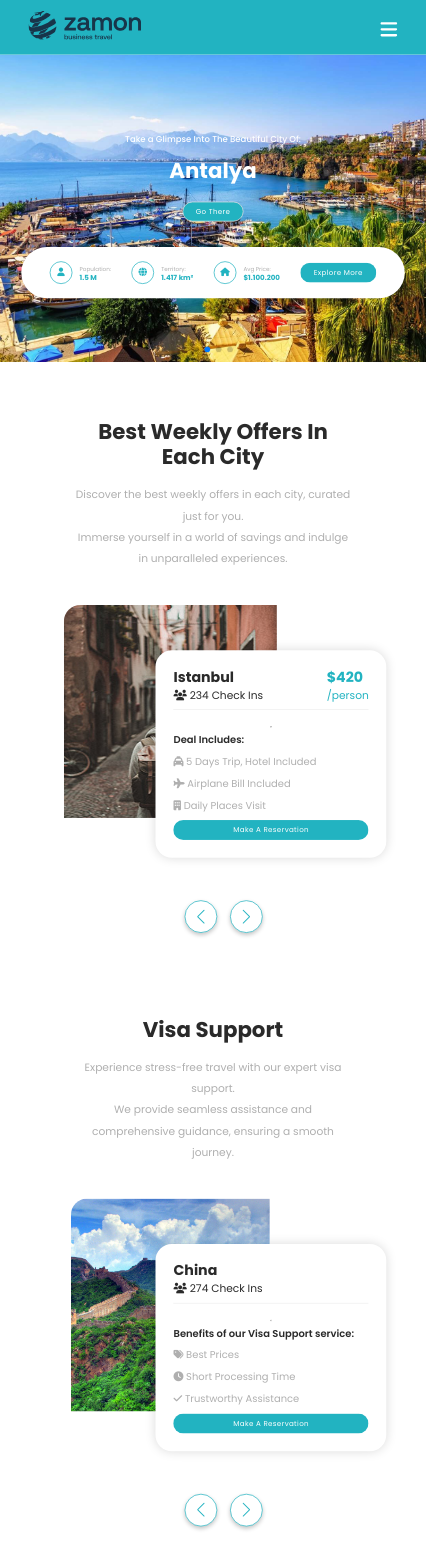
Repository: asadbekdev07/asadbekdev-zamontour-react
Page: /
The author's editor kept a copy of each file at every save. The page is drawn from the files as they stood at one save, then again after the next save.
The browser window is 600 px wide. The pictures show the whole page, at 71% of full size.
The project was rebuilt for these pictures with package versions that can differ from the ones it lists, and the page was loaded fresh each time. Also part of the build but not shown: vite.config.js.

Above is the page before, as saved 2024-05-26 17:29:41.

### index.html
<!doctype html>
<html lang="en">
  <head>
    <meta charset="UTF-8" />
    <link rel="icon" type="image/svg+xml" href="/vite.svg" />
    <meta name="viewport" content="width=device-width, initial-scale=1.0" />
    <title>Vite + React</title>
    <link rel="stylesheet" href="https://cdnjs.cloudflare.com/ajax/libs/font-awesome/6.5.2/css/all.min.css" integrity="sha512-SnH5WK+bZxgPHs44uWIX+LLJAJ9/2PkPKZ5QiAj6Ta86w+fsb2TkcmfRyVX3pBnMFcV7oQPJkl9QevSCWr3W6A==" crossorigin="anonymous" referrerpolicy="no-referrer" />

  </head>
  <body>
    <div id="root"></div>
    <script type="module" src="/src/main.jsx"></script>
  </body>
</html>

### src/main.jsx
import React from 'react'
import ReactDOM from 'react-dom/client'
import App from './assets/components/App'
import './assets/styles/index.css'
import './i18n'

ReactDOM.createRoot(document.getElementById('root')).render(
  <React.StrictMode>
    <App />
  </React.StrictMode>,
)

### src/assets/components/App.jsx
import Offers from "./Offers"
import SiteHeader from "./Site-header"
import SliderHero from "./Slider-hero"
import Visa from "./Visa"

function App() {

  return (
    <>
      <SiteHeader />
      <SliderHero />
      <Offers />
      <Visa />
    </>
  )
}

export default App

### src/assets/styles/index.css
/* CUSTOM PROPS */
:root {
  --primary-color: #22b3c1;
  --primary-bg-color: #ffffff;
  --border-color: #eeeeee;
  --secondary-text-color: #2a2a2a;
  --grayish-text-color: #afafaf;
  --form-border-color: #e0e0e0;
}

/* FONT-FACE  */
@font-face {
  font-family: "Poppins";
  src: url("../fonts/Poppins-Regular.woff2") format("woff2"), url("../fonts/Poppins-Regular.woff") format("woff");
  font-weight: normal;
  font-style: normal;
  font-display: swap;
}
@font-face {
  font-family: "Poppins";
  src: url("../fonts/Poppins-BoldItalic.woff2") format("woff2"), url("../fonts/Poppins-BoldItalic.woff") format("woff");
  font-weight: bold;
  font-style: italic;
  font-display: swap;
}
@font-face {
  font-family: "Poppins";
  src: url("../fonts/Poppins-SemiBold.woff2") format("woff2"), url("../fonts/Poppins-SemiBold.woff") format("woff");
  font-weight: 600;
  font-style: normal;
  font-display: swap;
}
@font-face {
  font-family: "Poppins";
  src: url("../fonts/Poppins-Medium.woff2") format("woff2"), url("../fonts/Poppins-Medium.woff") format("woff");
  font-weight: 500;
  font-style: normal;
  font-display: swap;
}
@font-face {
  font-family: "Poppins";
  src: url("../fonts/Poppins-Bold.woff2") format("woff2"), url("../fonts/Poppins-Bold.woff") format("woff");
  font-weight: bold;
  font-style: normal;
  font-display: swap;
}

/* GLOBAL  */
html {
  box-sizing: border-box;
  height: 100%;
  scroll-behavior: smooth;
}

*,
*::before,
*::after {
  box-sizing: inherit;
}

:focus {
  outline: 2px dotted var(--primary-color);
  outline-offset: 3px;
}

body {
  display: flex;
  flex-direction: column;
  height: 100%;
  padding: 0;
  margin: 0;
  font-weight: 400;
  font-family: "Poppins", "Arial", sans-serif;
  font-size: 15px;
  background-color: #ffffff;
  color: var(--grayish-text-color);
}

img {
  max-width: 100%;
  height: auto;
}

/* AUTOFILL-STYLES */
/*input:-webkit-autofill,
input:-webkit-autofill:hover,
input:-webkit-autofill:focus,
textarea:-webkit-autofill,
textarea:-webkit-autofill:hover,
textarea:-webkit-autofill:focus,
select:-webkit-autofill,
select:-webkit-autofill:hover,
select:-webkit-autofill:focus {
  border-color: transparent;
  -webkit-text-fill-color: inherit;
  -webkit-box-shadow: 0 0 0px 1000px #fff inset;
}*/


/* PLACEHOLDER-STYLES */
/*::-webkit-input-placeholder,
::-moz-placeholder,
:-ms-input-placeholder,
:-moz-placeholder {
  color: rgba(52, 49, 61, 0.5);
  opacity: 1;
}*/


/* VISUALLY-HIDDEN */
.visually-hidden {
  position: absolute;
  width: 1px;
  height: 1px;
  margin: -1px;
  border: 0;
  padding: 0;
  clip: rect(0 0 0 0);
  overflow: hidden;
}


/* CONTAINER  */
.container {
  width: 100%;
  max-width: 1200px;
  padding-left: 20px;
  padding-right: 20px;
  margin-left: auto;
  margin-right: auto;
}

/* MAIN-CONTENT  */
.main-content {
  flex-grow: 1;
}

/* BUTTON  */
.button {
  padding: 13px 30px;
  margin: 0;
  display: inline-block;
  border-radius: 25px;
  font-weight: 500;
  line-height: 21px;
  font-size: 14px;
  letter-spacing: 0.5px;
  transition: color 0.4s ease;
  text-transform: capitalize;
  border: 1px solid transparent;
  background-color: #22b3c1;
  color: #ffffff;
  overflow: hidden;
  text-decoration: none;
  cursor: pointer;
  white-space: nowrap;
  text-align: center;
}
.button:hover {
  opacity: 0.8;
}
.button:active {
  opacity: 0.6;
}

.button--arrow {
  color: #22b3c1;
  transition: all 0.5s ease;
  text-decoration: none;
}

.button--white {
  background-color: #ffffff;
  color: #22b3c1;
}
.button--white:hover {
  background-color: #22b3c1;
  color: #ffffff;
  opacity: 1;
}

.button--form {
  width: 100%;
  display: block;
}

.button--cta {
  border: 1px solid #e0e0e0;
}
.button--cta:hover {
  background-color: #ffffff;
  color: #22b3c1;
  opacity: 1;
}

/* SITE-HEADER  */
.site-header {
  position: relative;
  padding: 15px 20px;
  background-color: var(--primary-color);
}

.site-header :focus {
  outline: 2px dotted var(--primary-bg-color);
  outline-offset: 3px;
}

.site-header__container {
  display: flex;
  align-items: center;
  justify-content: space-between;
}

.site-header__sitenav {
  display: flex;
  align-items: center;
  justify-content: space-between;
}

.sitenav__list {
  padding: 0;
  margin: 0;
  list-style: none;
  display: flex;
  align-items: center;
}

.sitenav__item {
  margin-right: 30px;
}

.sitenav__link {
  text-decoration: none;
  color: var(--primary-bg-color);
  transition: color 0.4s ease;
}

.sitenav__link:hover {
  color: var(--secondary-text-color);
}

.sitenav__link:active {
  opacity: 0.6;
}

.lang {
  margin: 0;
  padding: 0;
  list-style: none;
  display: flex;
  align-items: center;
}

.lang__item {
  margin-right: 30px;
}

.lang__link {
  text-decoration: none;
  color: var(--primary-bg-color);
  transition: color 0.4s ease;
}

.lang__link:hover {
  color: var(--secondary-text-color);
}

.lang__link:active {
  opacity: 0.6;
}

.social {
  margin: 0;
  padding: 0;
  list-style: none;
  display: flex;
  align-items: center;
}

.social__item:not(:last-child) {
  margin-right: 30px;
}

.social__link {
  display: block;
  text-decoration: none;
}

.social__icon {
  display: block;
  color: var(--primary-bg-color);
}

.fa-telegram {
  transition: color 0.4s ease;
}

.fa-instagram {
  transition: color 0.4s ease;
}

.fa-telegram:hover {
  color: var(--secondary-text-color)
}

.fa-instagram:hover {
  color: var(--secondary-text-color)
}

.site-header__toggler {
  display: none;
  width: 24px;
  height: 22px;
  border: 0;
  background-color: transparent;
  padding: 0;
  margin: 0;
  color: var(--primary-bg-color);
}

/* SLIDER-HERO  */
.slider {
  background-position: center;
  background-repeat: no-repeat;
  background-size: cover;
}

.slider__container {
  width: 90%;
  padding-top: 90px;
  padding-bottom: 90px;
  display: flex;
  flex-direction: column;
  align-items: center;
}

.slider__top {
  padding-top: 50px;
  width: 100%;
  text-align: center;
}

.slider__top-heading {
  margin-top: 0;
  margin-bottom: 20px;
  font-weight: 500;
  font-size: 20px;
  color: var(--primary-bg-color);
}

.slider__top-city {
  margin-top: 0;
  margin-bottom: 30px;
  font-weight: 700;
  font-size: 50px;
  color: var(--primary-bg-color);
}

.slider__bottom {
  width: 100%;
}

.list {
  padding: 0;
  margin: 0;
  list-style: none;
  padding: 30px 60px;
  margin-top: 40px;
  display: flex;
  align-items: center;
  justify-content: space-between;
  border-radius: 60px;
  background-color: var(--primary-bg-color);
}

.list__item-inner {
  display: flex;
  align-items: center;
}
.list__item-inner .fa {
  display: flex;
  align-items: center;
  justify-content: center;
  margin-right: 20px;
  width: 60px;
  height: 60px;
  border-radius: 50%;
  line-height: 50px;
  font-size: 25px;
  text-align: center;
  border: 1px solid var(--primary-color);
  color: var(--primary-color);
}

.list__subheading {
  margin: 0;
  font-weight: 700;
  font-size: 20px;
  line-height: 28px;
  color: var(--primary-color);
}
.list__subheading span {
  font-weight: 400;
  font-size: 15px;
  color: var(--grayish-text-color);
}

.lang__link.selected {
  font-weight: bold;
  color: var(--primary-color);
  text-decoration: underline;
}

/* OFFERS  */
.offers,
.visa {
  position: relative;
  padding-top: 80px;
  padding-bottom: 80px;
}

.offers__content,
.visa__content {
  width: 70%;
  margin-left: 15%;
  margin-right: 15%;
  margin-bottom: 50px;
  text-align: center;
}

.offers__title,
.visa__title {
  margin-top: 0;
  margin-bottom: 20px;
  font-weight: 700;
  font-size: 30px;
  line-height: 36px;
  text-transform: capitalize;
  color: var(--secondary-text-color);
}

.offers__description,
.visa__description {
  line-height: 30px;
}

.offers__card,
.visa__card {
  width: 350px;
  height: 420px;
  border-radius: 8px;
  display: flex;
  cursor: pointer;
  align-items: center;
  justify-content: center;
  flex-direction: column;
  position: relative;
}

.offers__img,
.visa__img {
  height: 300px;
  padding-right: 150px;
  padding-bottom: 120px;
  border-top-left-radius: 23px;
  border-bottom-left-radius: 23px;
}


.visa__img {
  width: 50%;
  object-fit: cover;
}

.inner {
  position: absolute;
  right: 1%;
  display: flex;
  flex-direction: column;
  justify-content: center;
  position: absolute;
  z-index: 10000;
  width: 250px;
  padding: 25px;
  border-radius: 23px;
  box-shadow: 0px 0px 15px rgba(0, 0, 0, 0.15);
  background-color: var(--primary-bg-color);
}

.inner__top {
  display: flex;
  align-items: center;
  justify-content: space-between;
  padding-bottom: 10px;
  position: relative;
  margin-bottom: 15px;
  border-bottom: 1px solid #eee;
}

.inner__top h4 {
  font-size: 20px;
  line-height: 24px;
  color: var(--secondary-text-color);
  margin: 0;
}

.inner__top h6 {
  margin: 0;
  font-weight: 700;
  font-size: 20px;
  line-height: 24px;
  color: var(--primary-color);
}
.inner__top span {
  font-weight: 400;
  font-size: 15px;
  line-height: 18px;
}

.inner__list {
  margin: 0;
  padding: 0;
  list-style: none;
  margin-bottom: 10px;
}

.inner__list li:not(:last-child) {
  margin-bottom: 10px;
}

.inner__list li:not(:first-child) {
  font-size: 14px;
  line-height: 21px;
  color: var(--grayish-text-color);
}

.inner__list-title {
  font-weight: 600;
  font-size: 14px;
  line-height: 20px;
  color: var(--secondary-text-color);
}

.swiper-buttons {
  display: flex;
  justify-content: center;
  position: absolute;
  left: 42%;
  bottom: 10%; /* Adjust as needed */
  width: 15%;
}

.swiper-button-next,
.swiper-button-prev {
  width: 46px;
  height: 46px;
  border-radius: 50%;
  border: 1.5px solid var(--primary-color);
  background-color: var(--primary-bg-color);
  color: var(--primary-color);
  text-align: center;
  line-height: 44px;
  cursor: pointer;
  box-shadow: 0 3px 6px rgba(0, 0, 0, 0.23);
  margin: 0 15px;
  font-size: 20px;
}

.swiper-button-next:hover,
.swiper-button-prev:hover {
  background-color: var(--primary-color);
  color: var(--primary-bg-color);
}

.swiper-button-next::after,
.swiper-button-prev::after {
  font-size: 20px; /* Custom size for the arrow icons */
}

@media only screen and (min-width: 1000px) and (max-width: 1200px) {
  .offers__card {
    width: 30%;
  }

  .offers__img {
    height: 300px;
    padding-right: 85px;
    padding-bottom: 120px;
  }

  .inner {
    width: 210px;
    padding: 21px;
  }
}
@media only screen and (max-width: 1000px) {
  .offers__card {
    width: 45%;
  }

  .offers__img {
    height: 300px;
    padding-right: 60px;
    padding-bottom: 120px;
  }

  .inner {
    width: 225px;
    padding: 25px;
  }

  .swiper-buttons {
    left: 45%;
  }

  .swiper-button-next,
  .swiper-button-prev {
    margin: 0 0;
  }
}

@media only screen and (max-width: 900px) {
  .site-header__sitenav {
    display: none;
  }

  .site-header__toggler {
    display: block;
  }

  .site-header.is-open .site-header__sitenav {
    z-index: 1000;
    width: 90%;
    display: flex;
    flex-direction: column;
    position: absolute;
    top: 90%;
    left: 5%;
    right: 5%;
    background-color: var(--primary-bg-color);
  }

  .site-header.is-open .sitenav {
    width: 100%;
  }

  .site-header.is-open .sitenav__list,
  .site-header.is-open .social,
  .site-header.is-open .lang {
    display: flex;
    flex-direction: column;
    width: 100%;
  }

  .site-header.is-open .sitenav__item,
  .site-header.is-open .lang__item,
  .site-header.is-open .social__item {
    width: 100%;
    margin: 0;
    padding-top: 8px;
    padding-bottom: 8px;
    border-bottom: 1px solid var(--form-border-color);
    text-align: center;
  }

  .site-header.is-open .sitenav__link,
  .site-header.is-open .lang__link,
  .site-header.is-open .social__link,
  .site-header.is-open .social__icon {
    color: var(--secondary-text-color);
  }

  .site-header.is-open .lang__link:hover,
  .site-header.is-open .social__link:hover,
  .site-header.is-open .social__icon:hover {
    color: var(--primary-color);
  }
  /* LIST */
  .list__subheading {
    font-size: 15px;
    line-height: 18px;
  }
  .list__subheading span {
    font-size: 12px;
  }
  .list__item-inner .fa {
    margin-right: 15px;
    width: 50px;
    height: 50px;
    border-radius: 50%;
    line-height: 40px;
    font-size: 20px;
  }
}

@media only screen and (max-width: 800px) {
  .button {
    padding: 10px 20px;
    border-radius: 20px;
    font-weight: 400;
    line-height: 15px;
    font-size: 13px;
    letter-spacing: 0.5px;
  }
  /* SLIDER  */
  .slider__top-heading {
    margin-bottom: 18px;
    font-weight: 500;
    font-size: 16px;
  }
  .slider__top-city {
    margin-top: 0;
    margin-bottom: 25px;
    font-weight: 700;
    font-size: 40px;
  }

  .swiper-button-next,
  .swiper-button-prev {
    margin: 0 -8px;
  }
}

@media only screen and (min-width: 500px) and (max-width: 700px) {
  .offers__img,
  .visa__img {
    padding-right: 120px;
  }
  .inner {
    width: 275px;
    margin-right: 30px;
  }
}

@media only screen and (max-width: 700px) {
  .list {
    padding: 20px 40px;
    margin-top: 30px;
    border-radius: 50px;
  }
  .list__item-inner .fa {
    margin-right: 12px;
    width: 35px;
    height: 35px;
    border-radius: 50%;
    line-height: 25px;
    font-size: 15px;
  }
  .list__subheading {
    font-size: 13px;
    line-height: 15px;
  }
  .list__subheading span {
    font-size: 10px;
  }
  .offers__img {
    width: 300px;
  }
  .swiper-button-next,
  .swiper-button-prev {
    margin: 0 -12px;
  }
}

@media only screen and (max-width: 600px) {
  .button {
    padding: 8px 18px;
    border-radius: 18px;
    font-weight: 400;
    line-height: 10px;
    font-size: 10px;
    letter-spacing: 0.5px;
  }
  /* SLIDER  */
  .slider {
    padding-top: 0;
    padding-bottom: 0;
  }
  .slider__top {
    padding-top: 20px;
  }
  .slider__top-heading {
    margin-bottom: 14px;
    font-weight: 500;
    font-size: 12px;
  }
  .slider__top-city {
    margin-top: 0;
    margin-bottom: 20px;
    font-weight: 700;
    font-size: 30px;
  }
  /* LIST  */
  .list__item-inner .fa {
    margin-right: 10px;
    width: 30px;
    height: 30px;
    border-radius: 50%;
    line-height: 20px;
    font-size: 12px;
  }
  .list__subheading {
    font-size: 10px;
    line-height: 12px;
  }
  .list__subheading span {
    font-size: 8px;
  }
  .swiper-button-next,
  .swiper-button-prev {
    margin: 0 -20px;
  }
}

@media only screen and (max-width: 500px) {
  .button {
    padding: 6px 12px;
    border-radius: 15px;
    font-weight: 400;
    line-height: 1;
    font-size: 7px;
    letter-spacing: 0.5px;
  }
  /* SLIDER  */

  .slider__container {
    padding-top: 50px;
    padding-bottom: 50px;
  }
  /* LIST  */
  .list {
    padding: 15px 22px;
    margin-top: 25px;
    border-radius: 40px;
  }
  .list__item-inner .fa {
    margin-right: 5px;
    width: 20px;
    height: 20px;
    border-radius: 50%;
    line-height: 10px;
    font-size: 8px;
  }
  .list__subheading {
    font-size: 7px;
    line-height: 1;
  }
  .list__subheading span {
    font-size: 5px;
  }
  .offers__img {
    width: 230px;
  }
  .swiper-button-next,
  .swiper-button-prev {
    margin: 0 -35px;
  }
}

@media
only screen and (-webkit-min-device-pixel-ratio: 2),
only screen and (   min--moz-device-pixel-ratio: 2),
only screen and (     -o-min-device-pixel-ratio: 2/1),
only screen and (        min-device-pixel-ratio: 2),
only screen and (                min-resolution: 192dpi),
only screen and (                min-resolution: 2dppx) {

}

### src/i18n.jsx
import i18n from 'i18next';
import { initReactI18next } from 'react-i18next';
import Backend from 'i18next-http-backend';
import laungageDetector from 'i18next-browser-languagedetector';
import enLang from '../public/locales/en.json'
import uzLang from '../public/locales/uz.json'
import ruLang from '../public/locales/ru.json'

i18n
.use(Backend)
.use(laungageDetector)
.use(initReactI18next)
.init({
  fallbackLng: 'en',
  lng: 'en',
  debug: true,
  resources: {
    en:{translation: enLang},
    uz:{translation: uzLang},
    ru:{translation: ruLang}
  }
})

export default i18n;

### src/assets/components/Slider-hero.jsx
import React from 'react';
import { Swiper, SwiperSlide } from 'swiper/react';
import 'swiper/css';
import 'swiper/css/pagination';
import 'swiper/css/navigation';


import { Autoplay, Pagination, Navigation } from 'swiper/modules';

import istanbulImg from '/img/istanbul.jpg';
import antalyaImg from '/img/antalya.jpg';
import dubaiImg from '/img/dubai2.jpg';
import sharmImg from '/img/sharm.jpg';

const slidesData = [
  {
    img: istanbulImg,
    city: 'Istanbul',
    population: '15.5 M',
    territory: '5.461 km²',
    avgPrice: '$946.000'
  },
  {
    img: antalyaImg,
    city: 'Antalya',
    population: '1.5 M',
    territory: '1.417 km²',
    avgPrice: '$1.100.200'
  },
  {
    img: dubaiImg,
    city: 'Dubai',
    population: '3.3 M',
    territory: '35 km²',
    avgPrice: '$425.000'
  },
  {
    img: sharmImg,
    city: 'Sharm El-Sheikh',
    population: '0.07 M',
    territory: '45 km²',
    avgPrice: '$165.450'
  }
];

const SlideContent = ({ img, city, population, territory, avgPrice }) => (
  <section className="slider" style={{ backgroundImage: `url(${img})` }}>
    <div className="container slider__container">
      <div className="slider__top">
        <h3 className="slider__top-heading">Take a Glimpse Into The Beautiful City Of:</h3>
        <h2 className="slider__top-city">{city}</h2>
        <a className="button button--cta" href="#contact">Go There</a>
      </div>
      <div className="slider__bottom">
        <ul className="slider__bottom-list list">
          <li className="list__item">
            <div className="list__item-inner">
              <i className="fa fa-user"></i>
              <h4 className="list__subheading">
                <span>Population:</span><br />{population}
              </h4>
            </div>
          </li>
          <li className="list__item">
            <div className="list__item-inner">
              <i className="fa fa-globe"></i>
              <h4 className="list__subheading">
                <span>Territory:</span><br />{territory}
              </h4>
            </div>
          </li>
          <li className="list__item">
            <div className="list__item-inner">
              <i className="fa fa-home"></i>
              <h4 className="list__subheading">
                <span>Avg Price:</span><br />{avgPrice}
              </h4>
            </div>
          </li>
          <div className="list__item-inner">
            <a className="button" href="#contact">Explore More</a>
          </div>
        </ul>
      </div>
    </div>
  </section>
);

export default function SliderHero() {
  return (
    <Swiper
      spaceBetween={5}
      centeredSlides={true}
      autoplay={{
        delay: 5500,
        disableOnInteraction: false,
      }}
      pagination={{
        clickable: true,
      }}
      loop={true}
      navigation={false}
      modules={[Autoplay, Pagination, Navigation]}
      className="mySwiper"
    >
      {slidesData.map((slide, index) => (
        <SwiperSlide key={index}>
          <SlideContent {...slide} />
        </SwiperSlide>
      ))}
    </Swiper>
  );
}

### src/assets/components/Visa.jsx
import React from 'react';
import { Navigation, A11y } from 'swiper/modules';
import { Swiper, SwiperSlide } from 'swiper/react';
import 'swiper/css';
import 'swiper/css/navigation';

import china from '/img/china.jpg';
import hongkong from '/img/hongkong.jpg';
import europe from '/img/europe.jpeg';
import india from '/img/india.jpg';
import japan from '/img/japan.jpg';
import saudi from '/img/saudi.jpg';
import oman from '/img/oman.jpg';

const offersData = [
  { img: china, city: "China", checkIns: 274 },
  { img: hongkong, city: "Hong Kong", checkIns: 350 },
  { img: europe, city: "European (Schengen)", checkIns: 453 },
  { img: india, city: "India", checkIns: 220 },
  { img: japan, city: "Japan", checkIns: 442 },
  { img: saudi, city: "Saudi Arabia", checkIns: 424 },
  { img: oman, city: "Oman", checkIns: 389 }
];

const Visa = () => {
  return (
    <div className="visa">
      <div className="container">
        <div className="visa__content">
          <h2 className="visa__title">Visa Support</h2>
          <p className="visa__description">
          Experience stress-free travel with our expert visa support. <br/> We provide seamless assistance and comprehensive guidance, ensuring a smooth journey.
          </p>
        </div>
        <Swiper
          modules={[Navigation, A11y]}
          spaceBetween={15}
          slidesPerView={3}
          navigation={{ nextEl: '.swiper-button-next', prevEl: '.swiper-button-prev' }}
          loop={true}
          breakpoints={{
            1000: {
              slidesPerView: 3,
              spaceBetween: 15
            },
            700: {
              slidesPerView: 2,
              spaceBetween: 15
            },
            0: {
              slidesPerView: 1,
              spaceBetween: 15
            }
          }}
          onSwiper={(swiper) => console.log(swiper)}
          onSlideChange={() => console.log('slide change')}
        >
          {offersData.map((offer, index) => (
            <SwiperSlide key={index} className='visa__card'>
              <img className='visa__img' src={offer.img} alt={`${offer.city} img`} />
              <div className="visa__card-inner inner">
                <div className="inner__top">
                  <h4>{offer.city}<br /><span><i className="fa fa-users"></i> {offer.checkIns} Check Ins</span></h4>
                </div>
                <hr className='inner__divider' />
                <ul className='inner__list'>
                  <li className="inner__list-title">Benefits of our Visa Support service:</li>
                  <li><i className="fa fa-tags"></i> Best Prices</li>
                  <li><i className="fa fa-clock"></i> Short Processing Time</li>
                  <li><i className="fa fa-check"></i> Trustworthy Assistance</li>
                </ul>
                <a className="button button--wrapper" href="#contact">Make a Reservation</a>
              </div>
            </SwiperSlide>
          ))}
        </Swiper>
        <div className="swiper-buttons">
          <div className="swiper-button-prev"></div>
          <div className="swiper-button-next"></div>
        </div>
      </div>
    </div>
  );
};

export default Visa;

Loaded but not shown: public/locales/uz.json (12 lines, source omitted); public/locales/en.json (12 lines, source omitted); public/locales/ru.json (12 lines, source omitted); src/assets/components/Site-header.jsx (106 lines, source omitted); src/assets/components/Offers.jsx (86 lines, source omitted)

After the next save:
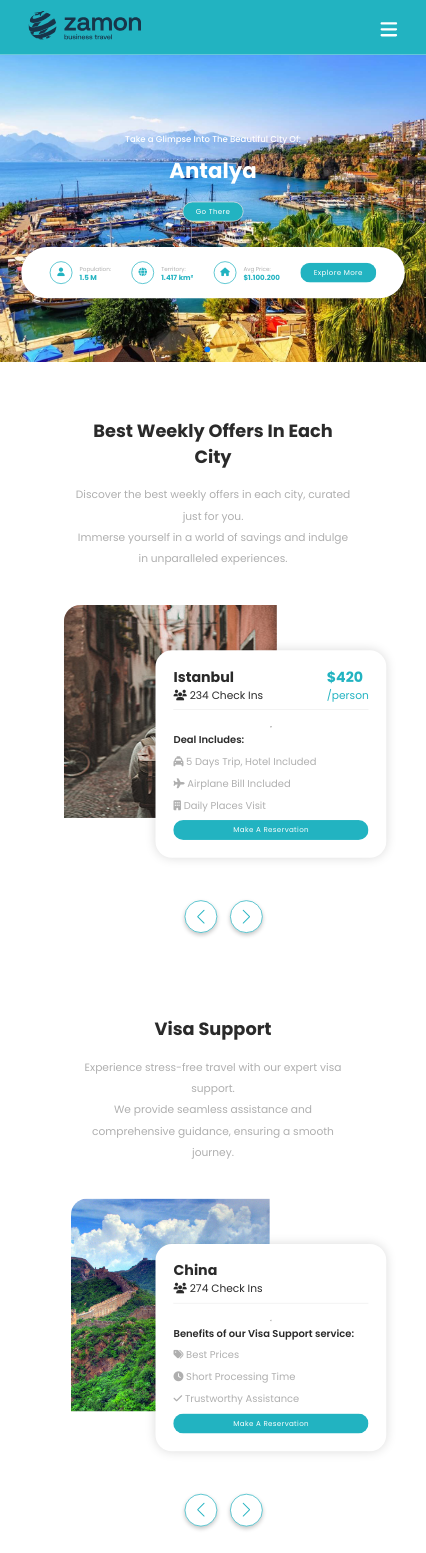
Saved 111 s later.
--- a/src/assets/styles/index.css
+++ b/src/assets/styles/index.css
@@ -753,6 +753,10 @@ select:-webkit-autofill:focus {
   .list__subheading span {
     font-size: 10px;
   }
+  .offers__title,
+  .visa__title {
+    font-size: 25px;
+  }
   .offers__img {
     width: 300px;
   }
